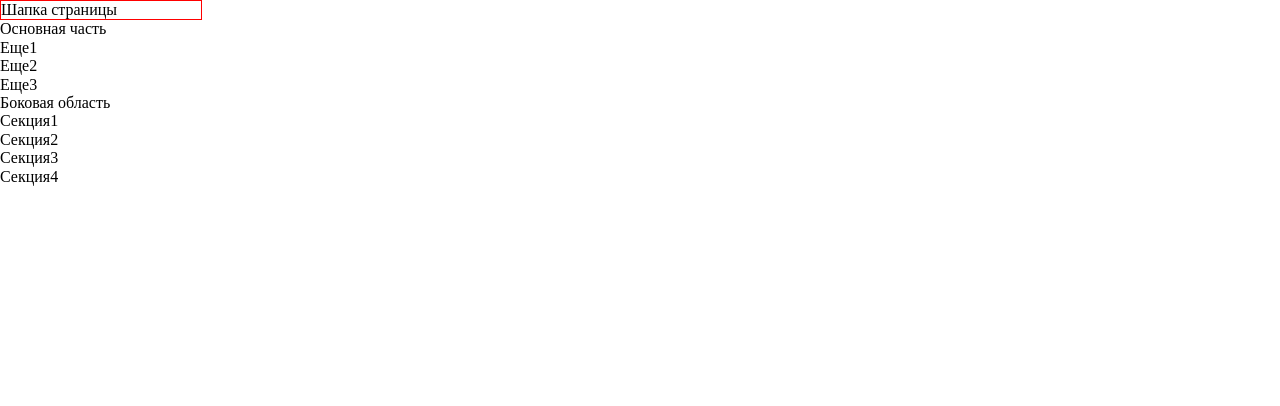
Repository: IrinaGetmanenko/week5
Page: week5/index.html
An editor plug-in stored every save of this project. The page is shown before and after the next save, followed by the edit.
The browser window is 1280 px wide. The pictures show the whole page.

Above is the page before, as saved 2022-08-28 17:07:44.

After the next save:
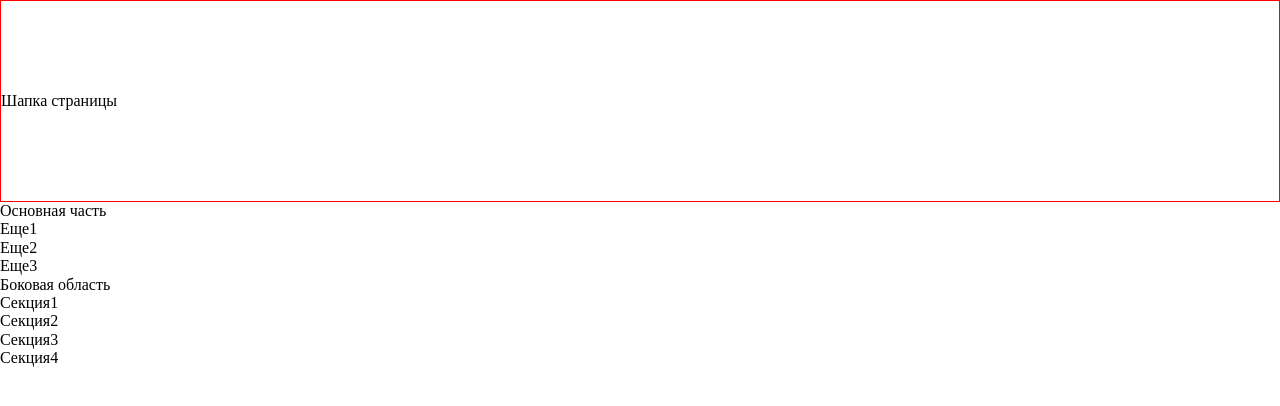
Saved 13 s later.
--- a/week5/index.html
+++ b/week5/index.html
@@ -17,7 +17,7 @@
     .h1{
         align-content: center;
         border: 1px solid red;
-        width: 200px;
+        height: 200px;
     }
 
     </style>
